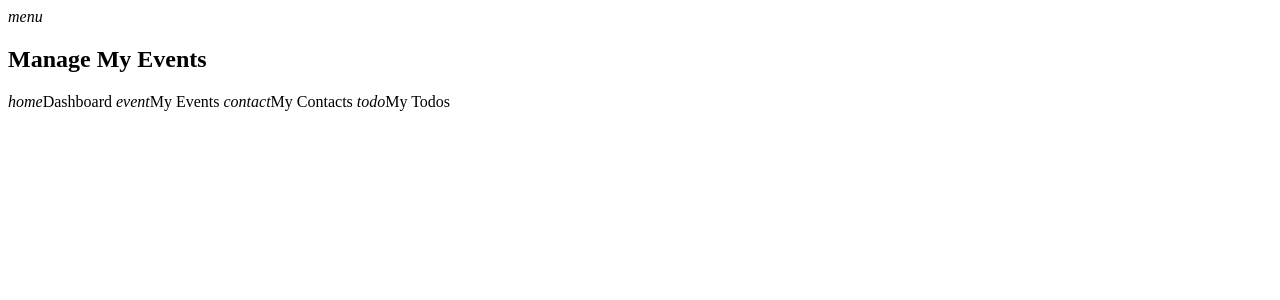
Repository: ktnrn/manage-my-events
Page: app/src/dashboard/dashboard.html
These files come from the project's save history. The page is drawn as it stood at one moment and after the next save; the edit follows.
The browser window is 1280 px wide. The pictures show the whole page.

Above is the page before, as saved 2017-10-01 17:13:27.

After the next save:
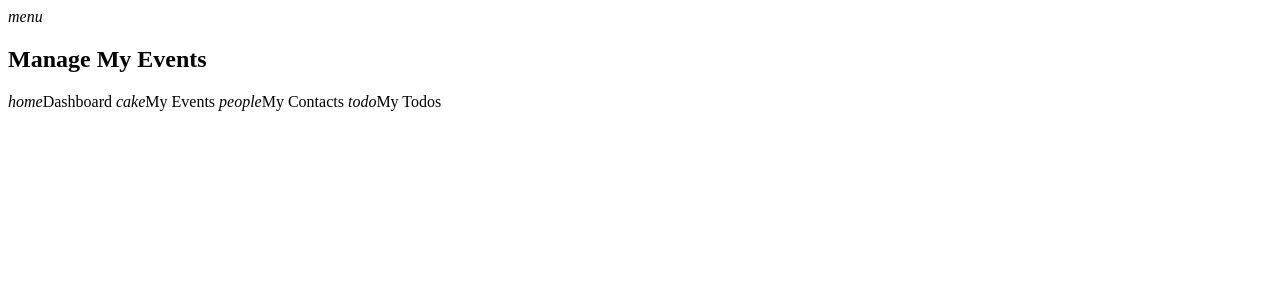
Saved 2 min 42 s later.
--- a/app/src/dashboard/dashboard.html
+++ b/app/src/dashboard/dashboard.html
@@ -13,15 +13,17 @@
                             <i class="material-icons">home</i>Dashboard
                     </md-list-item>
                     <md-list-item>
-                            <i class="material-icons">event</i>My Events
+                            <i class="material-icons">cake</i>My Events
                     </md-list-item>
                     <md-list-item>
-                            <i class="material-icons">contact</i>My Contacts
+                            <i class="material-icons">people</i>My Contacts
                     </md-list-item>
                     <md-list-item>
                             <i class="material-icons">todo</i>My Todos
                     </md-list-item>
             </md-list>
         </md-sidenav>
-
+        <md-content id="content">
+            <md
+        </md-content>
 </div>
